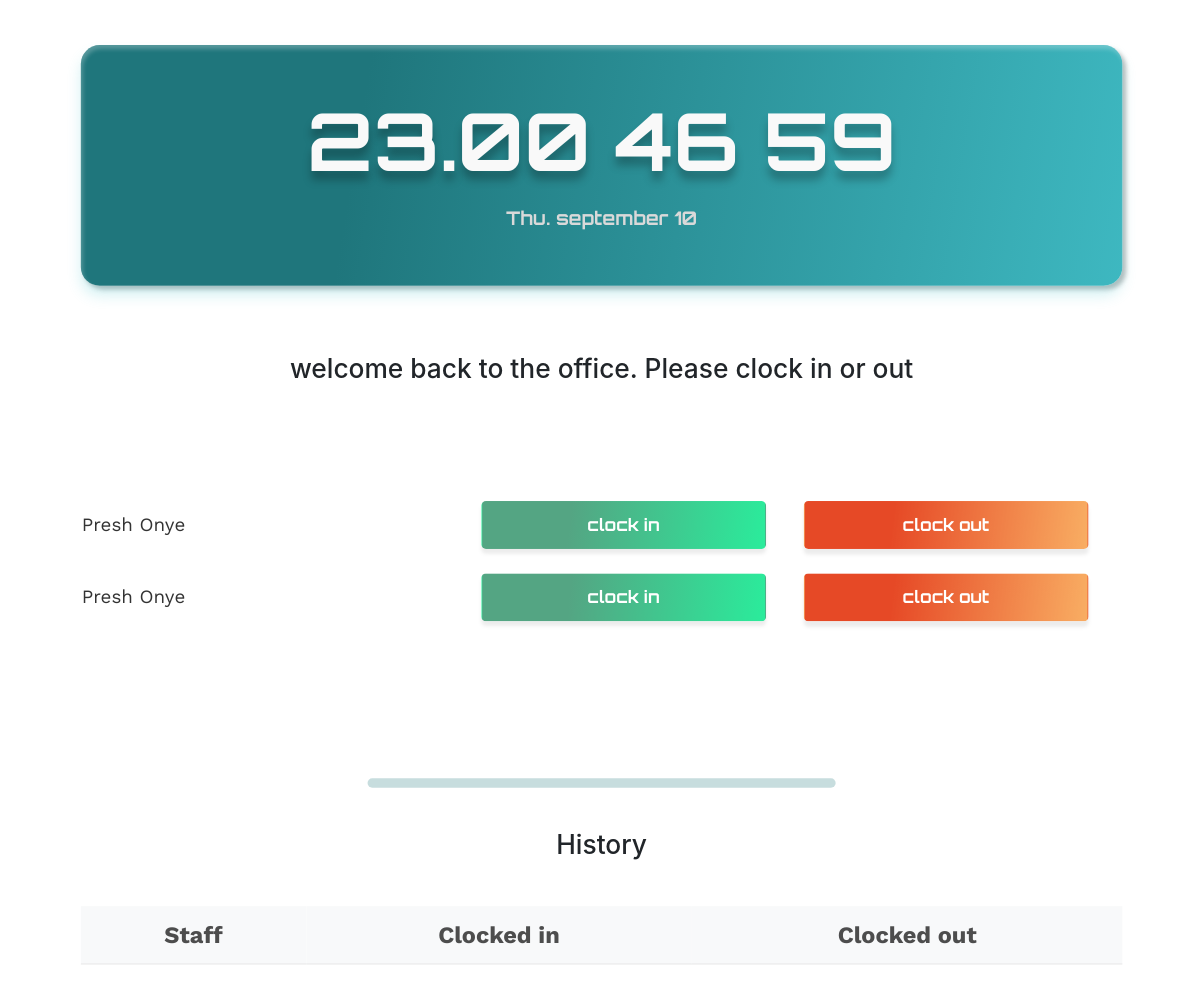
Repository: giprim/clocker
Page: /
An editor plug-in stored every save of this project. The page is shown before and after the next save, followed by the edit.
The browser window is 1280 px wide. The pictures show the whole page, at 94% of full size.
The project was rebuilt for these pictures with package versions that can differ from the ones it lists, and the page was loaded fresh each time.

Above is the page before, as saved 2020-09-11 00:15:36.

After the next save:
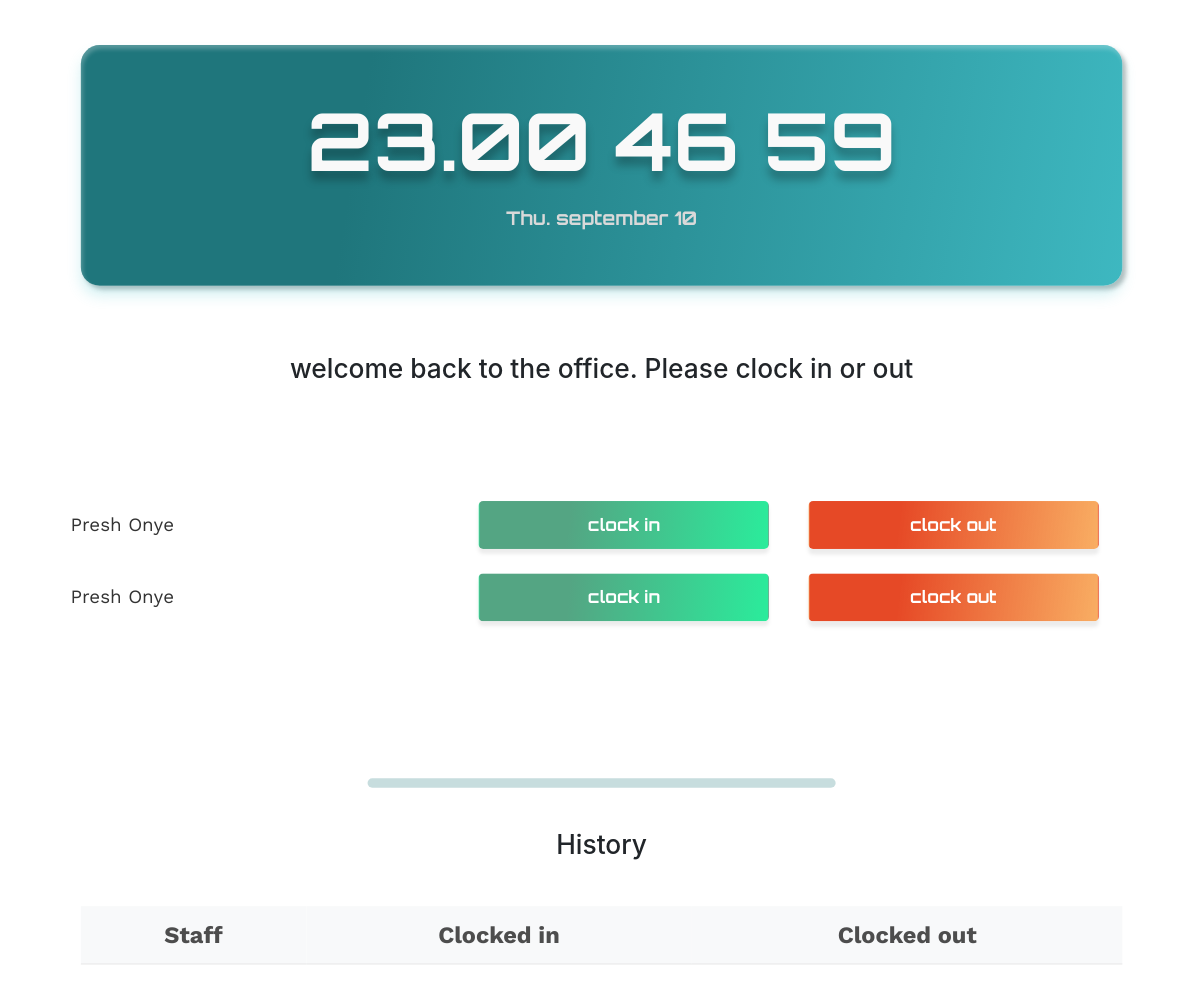
Saved 12 h 37 min later.
--- a/src/App.tsx
+++ b/src/App.tsx
@@ -29,35 +29,37 @@ function App() {
       </div>
 
       {/* welcome  */}
-      <p className='text-center my-5 py-4 h3'>
-        welcome back to the office. Please clock in or out
-      </p>
+      <div className='row'>
+        <p className='text-center my-5 py-4 h3'>
+          welcome back to the office. Please clock in or out
+        </p>
 
-      <table>
-        <thead>
-          <tr>
-            <th></th>
-            <th></th>
-            <th></th>
-          </tr>
-        </thead>
-        <tbody>
-          <tr>
-            <td className='staff'>Presh Onye</td>
-            <td className='row justify-content-evenly'>
-              <button className='btn clockin col-5'> clock in</button>
-              <button className='btn clockout col-5'> clock out</button>
-            </td>
-          </tr>
-          <tr>
-            <td className='staff'>Presh Onye</td>
-            <td className='row justify-content-evenly'>
-              <button className='btn clockin col-5'> clock in</button>
-              <button className='btn clockout col-5'> clock out</button>
-            </td>
-          </tr>
-        </tbody>
-      </table>
+        <table>
+          <thead>
+            <tr>
+              <th></th>
+              <th></th>
+              <th></th>
+            </tr>
+          </thead>
+          <tbody>
+            <tr>
+              <td className='staff'>Presh Onye</td>
+              <td className='row justify-content-evenly'>
+                <button className='btn clockin col-5'> clock in</button>
+                <button className='btn clockout col-5'> clock out</button>
+              </td>
+            </tr>
+            <tr>
+              <td className='staff'>Presh Onye</td>
+              <td className='row justify-content-evenly'>
+                <button className='btn clockin col-5'> clock in</button>
+                <button className='btn clockout col-5'> clock out</button>
+              </td>
+            </tr>
+          </tbody>
+        </table>
+      </div>
 
       <hr />
       <h3 className='text-center mb-5'>History</h3>
